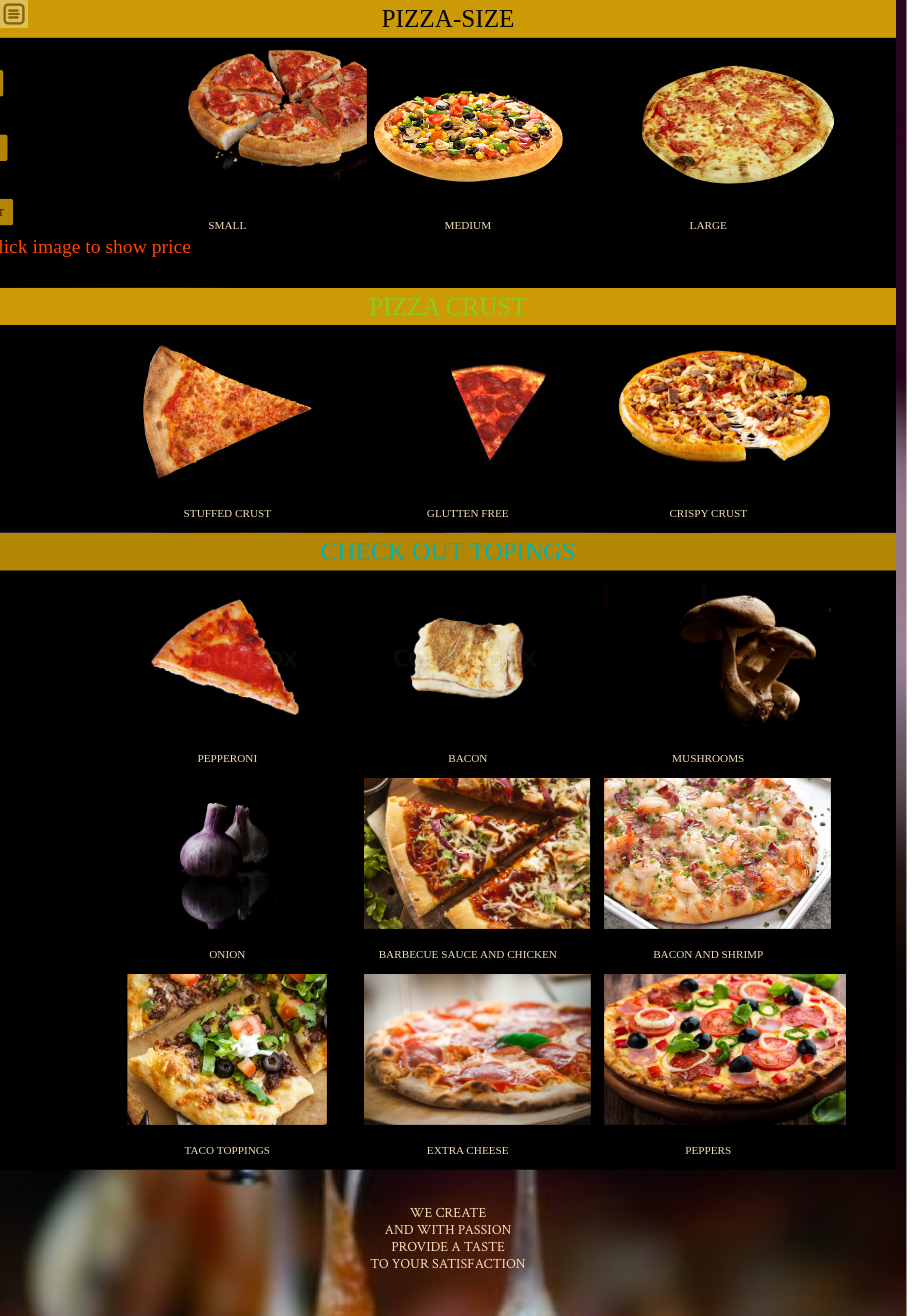
Repository: alexmwaura/MOREO--PIZZA-IP4
Page: mine.html
An editor plug-in stored every save of this project. The page is shown before and after the next save, followed by the edit.
The browser window is 1280 px wide. The page is 1303 px wide, so the pictures cover 1303 px, including what lies to the right of the window. The pictures show the part of the page from y = 0 to 1880 px (the page is 3153 px tall), at 70% of full size.
Some web fonts or font styles are not loaded; a fallback is used.

Above is the page before, as saved 2019-09-01 17:52:54.

After the next save:
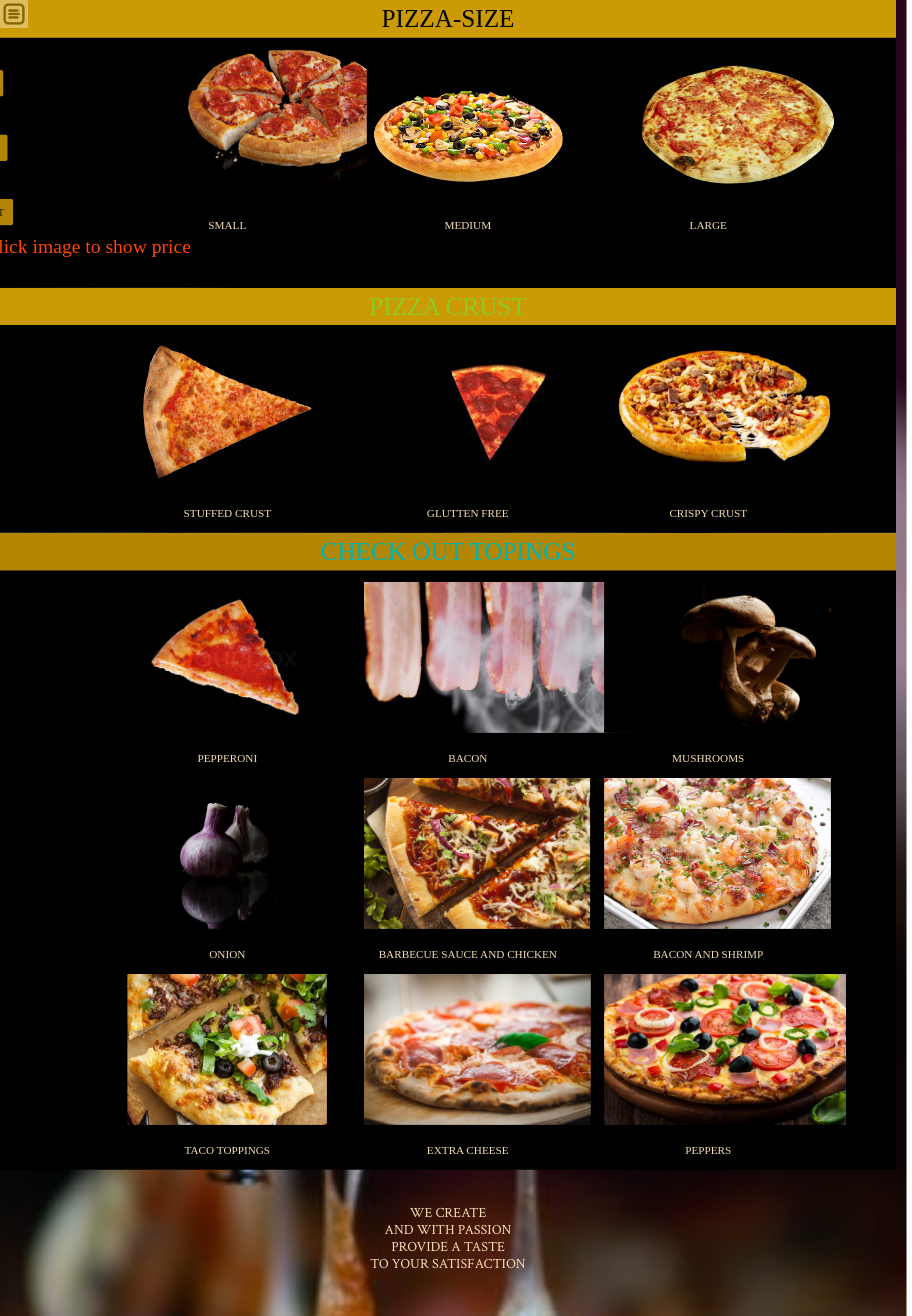
Saved 2 min 49 s later.
--- a/mine.html
+++ b/mine.html
@@ -283,7 +283,7 @@
 
                     <div class="col-lg-3 col-md-3 col-sm-3">
                         <div id="work5">
-                            <img src="./IMAGES/bacon1.jpg" alt="" class="img-fluid-5"><br><br>
+                            <img src="./IMAGES/bacon2.jpg" alt="" class="img-fluid-5"><br><br>
 
                             <div class="overlay">
                                 <div class="line">
